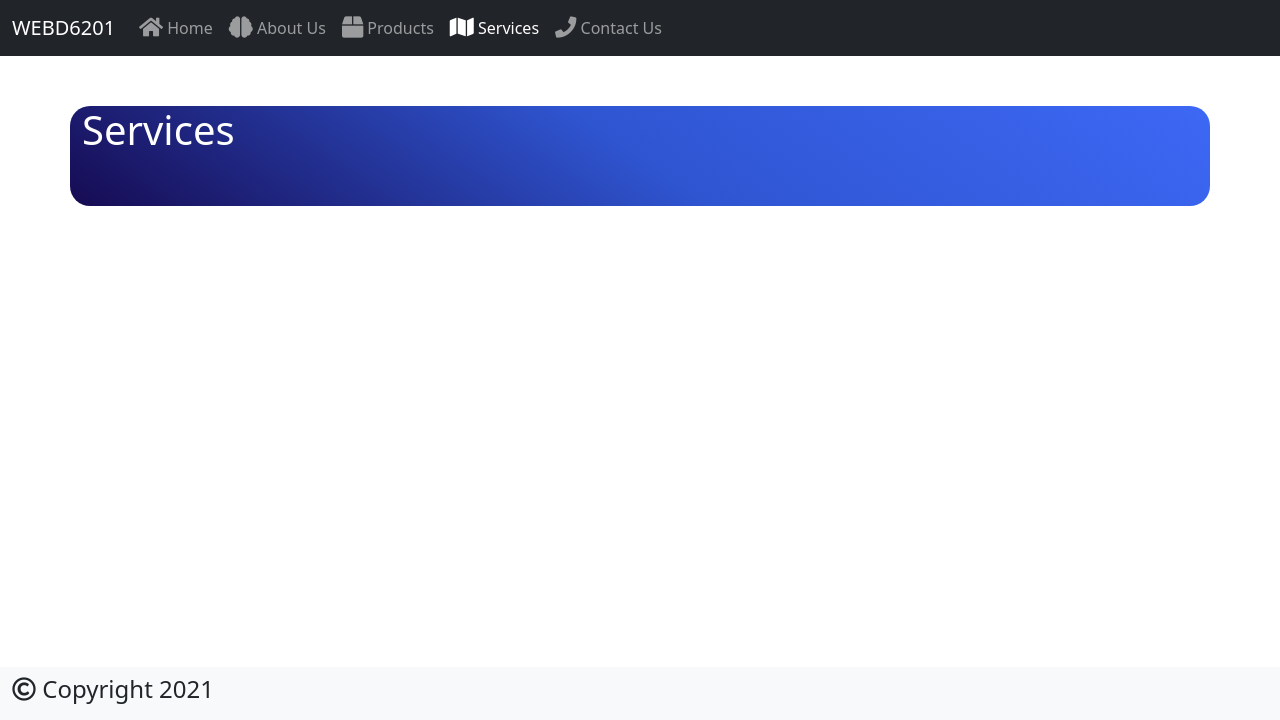
Repository: AshokSasi/WEBD6201-ASasi-JYuan-Lab2
Page: services.html
The author's editor kept a copy of each file at every save. The page is drawn from the files as they stood at one save, then again after the next save.
The browser window is 1280 px wide. The pictures show the whole page.

Above is the page before, as saved 2021-01-28 20:30:22.

After the next save:
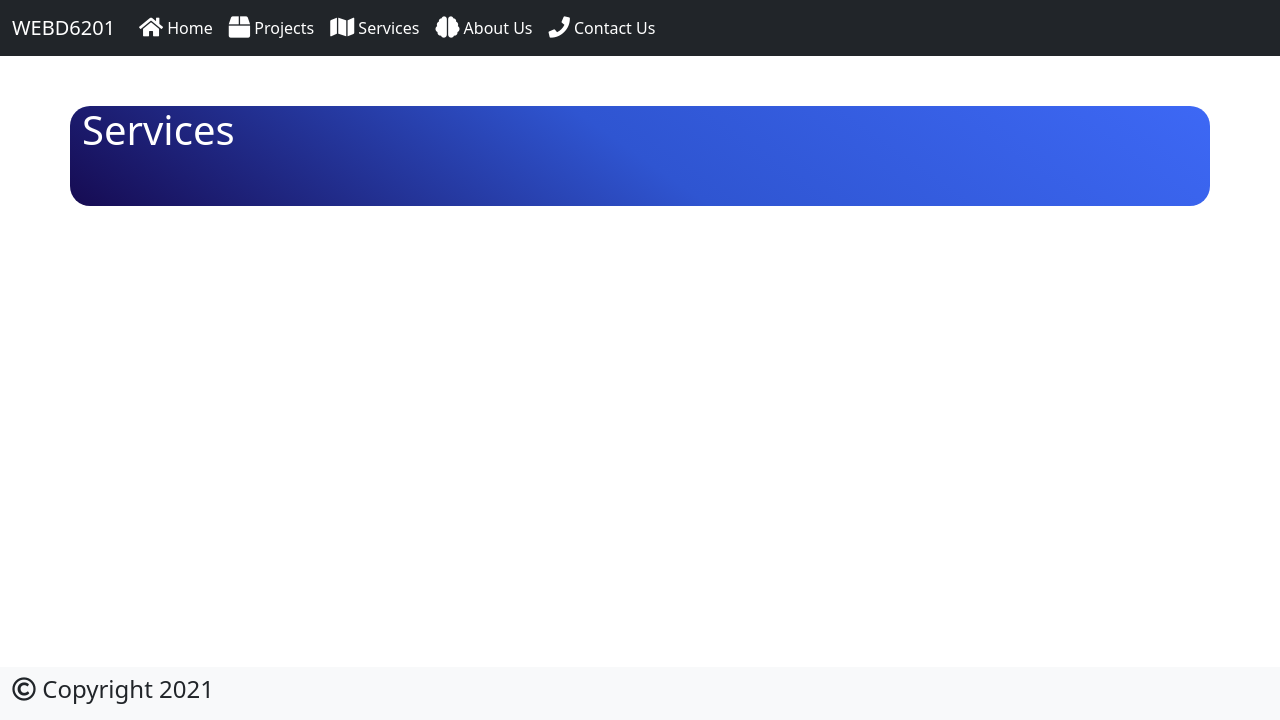
Saved 38 s later.
--- a/services.html
+++ b/services.html
@@ -10,38 +10,38 @@
     <link rel="stylesheet" href="./node_modules/@fortawesome/fontawesome-free/css/all.min.css">
 </head>
 <body>
-  <!-- Main Header -->
-    <header>
-      <!--main navbar-->
-        <nav class="navbar navbar-expand-lg navbar-dark bg-dark">
-            <div class="container-fluid">
-              <a class="navbar-brand" href="index.html">WEBD6201</a>
-              <button class="navbar-toggler" type="button" data-bs-toggle="collapse" data-bs-target="#navbarSupportedContent" aria-controls="navbarSupportedContent" aria-expanded="false" aria-label="Toggle navigation">
-                <span class="navbar-toggler-icon"></span>
-              </button>
-              <div class="collapse navbar-collapse" id="navbarSupportedContent">
-                <ul class="navbar-nav me-auto mb-2 mb-lg-0">
-                  <li class="nav-item">
-                    <a class="nav-link" aria-current="page" href="index.html"><i class="fas fa-home fa-lg"></i> Home</a>
-                  </li>
-                  <li class="nav-item">
-                    <a class="nav-link" aria-current="page" href="about.html"><i class="fas fa-brain fa-lg"></i> About Us</a>
-                  </li>
-                  <li class="nav-item">
-                    <a class="nav-link" aria-current="page" href="products.html"><i class="fas fa-box fa-lg"></i> Products</a>
-                  </li>
-                  <li class="nav-item">
-                    <a class="nav-link active" aria-current="page" href="services.html"><i class="fas fa-map fa-lg"></i> Services</a>
-                  </li>
-                  <li class="nav-item">
-                    <a class="nav-link" aria-current="page" href="contact.html"><i class="fas fa-phone fa-lg"></i> Contact Us</a>
-                  </li>
-                </ul>
+   <!-- Main Header -->
+   <header>
+    <!--main navbar-->
+      <nav class="navbar navbar-expand-lg navbar-dark bg-dark">
+          <div class="container-fluid">
+            <a class="navbar-brand" href="index.html">WEBD6201</a>
+            <button class="navbar-toggler" type="button" data-bs-toggle="collapse" data-bs-target="#navbarSupportedContent" aria-controls="navbarSupportedContent" aria-expanded="false" aria-label="Toggle navigation">
+              <span class="navbar-toggler-icon"></span>
+            </button>
+            <div class="collapse navbar-collapse" id="navbarSupportedContent">
+              <ul class="navbar-nav me-auto mb-2 mb-lg-0">
+                <li class="nav-item">
+                  <a class="nav-link active" aria-current="page" href="index.html"><i class="fas fa-home fa-lg"></i> Home</a>
+                </li>
+                <li class="nav-item">
+                  <a class="nav-link active" aria-current="page" href="projects.html"><i class="fas fa-box fa-lg"></i> Projects</a>
+                </li>
+                <li class="nav-item">
+                  <a class="nav-link active" aria-current="page" href="services.html"><i class="fas fa-map fa-lg"></i> Services</a>
+                </li>
+                <li class="nav-item">
+                  <a class="nav-link active" aria-current="page" href="about.html"><i class="fas fa-brain fa-lg"></i> About Us</a>
+                </li>
+                <li class="nav-item">
+                  <a class="nav-link active" aria-current="page" href="contact.html"><i class="fas fa-phone fa-lg"></i> Contact Us</a>
+                </li>
+              </ul>
 
-              </div>
             </div>
-          </nav>
-    </header>
+          </div>
+        </nav>
+  </header>
 
     <!-- Main Content-->
     <main class="container">
